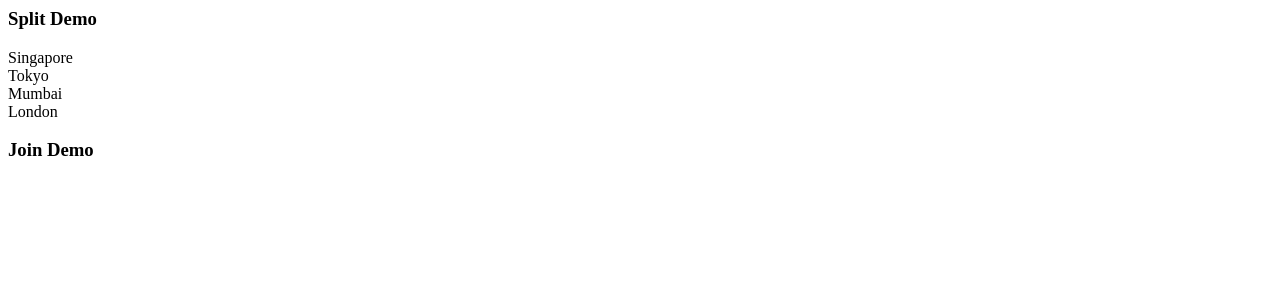
Repository: souptikmaiti/j2ee-practice
Page: http://localhost/tagdemo/split-join-test.jsp
An editor plug-in stored every save of this project. The page is shown before and after the next save, followed by the edit.
The browser window is 1280 px wide. The pictures show the whole page.
The page is served by Tomcat 9. Other server files are loaded and not shown.

Above is the page before, as saved 2021-01-10 06:40:19.

### tagdemo/WebContent/split-join-test.jsp
<%@ taglib uri="http://java.sun.com/jsp/jstl/core" prefix="c" %>
<%@ taglib uri="http://java.sun.com/jsp/jstl/functions" prefix="fn" %>


<html>
<body>

<c:set var="data" value="Singapore,Tokyo,Mumbai,London" />

<h3>Split Demo</h3>

<c:set var="citiesArray" value="${fn:split(data, ',')}"/>

<c:forEach var="city" items="${citiesArray}" >

	${city} <br/>

</c:forEach>

<h3>Join Demo</h3>


<c:set var="joinedName" value="${fn:join(citiesArray, '*')}" />

</body>

</html>

After the next save:
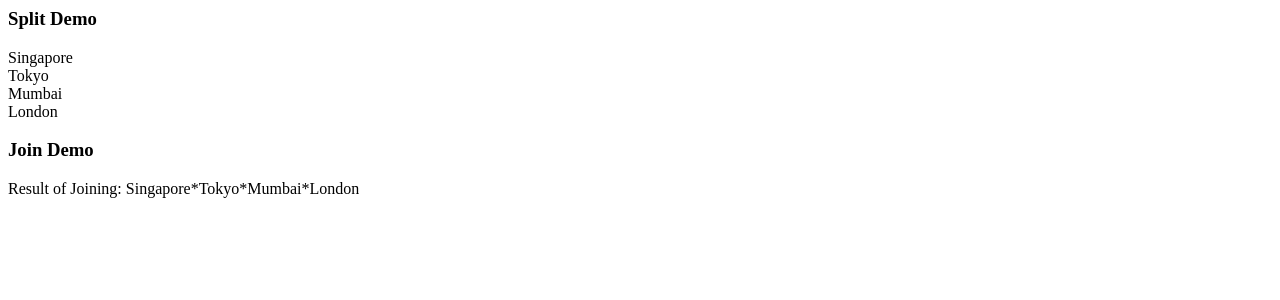
Saved 25 s later.
--- a/tagdemo/WebContent/split-join-test.jsp
+++ b/tagdemo/WebContent/split-join-test.jsp
@@ -22,6 +22,8 @@
 
 <c:set var="joinedName" value="${fn:join(citiesArray, '*')}" />
 
+Result of Joining: ${joinedName }
+
 </body>
 
 </html>
